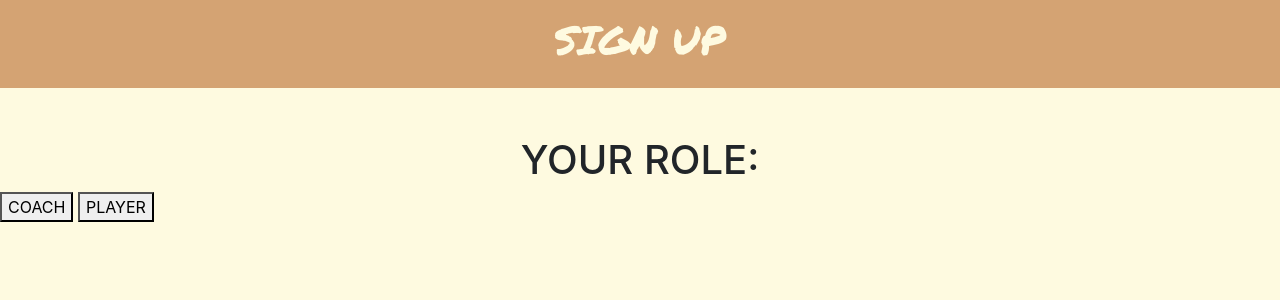
Repository: Aryaholmukhe/treasureHacks
Page: http://localhost/signup
These files come from the project's save history. The page is drawn as it stood at one moment and after a run of saves; the edit follows.
The browser window is 1280 px wide. The pictures show the whole page.
The page is served by the project's Node server (server.js).

Above is the page before, as saved 2022-03-27 00:20:08.

### views/signup/signup.ejs
<html lang="en">
<head>
    <meta charset="UTF-8">
    <meta http-equiv="X-UA-Compatible" content="IE=edge">
    <meta name="viewport" content="width=device-width, initial-scale=1.0">
    <link rel="stylesheet" href="https://cdn.jsdelivr.net/npm/bootstrap@4.6.1/dist/css/bootstrap.min.css">
    <script src="https://cdn.jsdelivr.net/npm/jquery@3.6.0/dist/jquery.slim.min.js"></script>
    <script src="https://cdn.jsdelivr.net/npm/popper.js@1.16.1/dist/umd/popper.min.js"></script>
    <script src="https://cdn.jsdelivr.net/npm/bootstrap@4.6.1/dist/js/bootstrap.bundle.min.js"></script>
    <link rel="preconnect" href="https://fonts.googleapis.com">
    <link rel="preconnect" href="https://fonts.gstatic.com" crossorigin>
    <link href="https://fonts.googleapis.com/css2?family=Permanent+Marker&display=swap" rel="stylesheet">
    <title>SIGN UP</title>
</head>
<body style="background-color: #FEFAE0">
    <div class="pt-3 pb-3" style="background-color: #D4A373; font-family: 'Permanent Marker', cursive; color: #FEFAE0">
        <h1 class="text-center">SIGN UP</h1>
    </div>

    <h1 class="text-center mt-5" style="c">YOUR ROLE:</h1>

        <a href="./coach" ><button name="coach">COACH</button></a>
        <a  href="./player"><button name="player">PLAYER</button></a>

</body>
</html>

### server.js
//jshint esversion:6

const express = require("express");
const bodyParser = require("body-parser");
const mongoose = require("mongoose");
const _ = require("lodash");
const { join } = require("path");
require("dotenv").config();
const app = express();

// TWILIO STUFF

const accountSID = process.env.ACCOUNT_SID;
const authToken = process.env.AUTH_TOKEN;

const client = require('twilio')(accountSID, authToken);


app.set('view engine', 'ejs');

app.use(bodyParser.urlencoded({ extended: true }));
app.use(express.static("public"));

app.get("/auth_config.json", (req, res) => {
    res.sendFile(join(__dirname, "/auth_config.json"));
})

// for each team member
mongoose.connect("mongodb://localhost:27017/teamMembersDB", { useNewUrlParser: true });

const membersSchema = new mongoose.Schema({
    name: String,
    role: String,
    age: Number,
    email: String,
    phone: String,
    progress: []
});

let members = [];
let progressArr = []

const Member = mongoose.model("Member", membersSchema);

// to identify teams
const teamSchema = new mongoose.Schema({
    coachName: String,
    team: [{ name: String }, { sport: String }]
})

const progressSchema = new mongoose.Schema({
    progress: []
})
const Team = mongoose.model("Team", teamSchema);
const Progress = mongoose.model("Progress", progressSchema)
// When no members are present
const noMember = new Member({
    name: "No members yet"
})
const noProgress = new Progress({
    progress: ["No progress yet, add some"]
})


// get requests

app.get("/signup", (req, res) => {
    res.render("signup/signup")
})
let person = "";
app.get("/coach", (req, res) => {
    person = "Coach"
    res.render("signup/coach");
})

app.get("/player", (req, res) => {
    person = "Team Member"
    res.render("signup/player")
})

app.get("/", (req, res) => {
    Member.find({}, function (err, foundMembers) {

        if (foundMembers.length === 0) {
            members.push(noMember)
            Member.insertMany(members, function (err) {
                if (err) {
                    console.log(err);
                } else {
                    console.log("Successfully saved members to DB.");
                }
            });
            // res.redirect("/");
        } else {
            Member.deleteOne({ "name": "No members yet" }, (err, person) => {
                if (err) return handleError(err);
            })
            res.render('index', { allMembers: foundMembers, person: person })
        }
    });
})

app.get("/:personName", function (req, res) {
    const personName = _.capitalize(req.params.personName);

    Member.findById(personName, (err, per) => {
        if (!err) {
              console.log(per)
            res.render('account', { personInfo: per});
        } else {
            console.log(err)
        }
    })
});


// post requests


app.post("/", (req, res) => {

    const playerName = req.body.newPlayer;
    const role = req.body.newRole;
    const age = req.body.age;
    const phoneNumber = req.body.phoneNumber;
    const player = new Member({
        name: playerName,
        role: role,
        age: age,
        phone: phoneNumber
    })
    player.save();
    res.redirect("/")
})

app.post("/delete", function (req, res) {
    const checkedItemId = req.body.checkbox;

    Member.findByIdAndRemove(checkedItemId, function (err) {
        if (!err) {
            console.log("Successfully deleted checked item.");
            res.redirect("/");
        } else {
            console.log(err)
        }
    });


});

app.post("/coach", (req, res) => {
    const coachName = req.body.coachName;
    const teamName = req.body.teamName;
    const sportType = req.body.sportType;
    teams = new Team({
        coachName: coachName,
        team: [{ name: teamName, sport: sportType }]
    })
    res.redirect("/")
})

app.post("/player", (req, res)=>{
    const playerName = req.body.newPlayer;
    const role = req.body.newRole;
    const age = req.body.age;
    const phoneNumber = req.body.phoneNumber;
    const player = new Member({
        name: playerName,
        role: role,
        age: age,
        phone: phoneNumber
    })
    player.save();
    res.redirect("/")
})

app.post("/announcements", (req, res) => {
    const message = req.body.message;
    members.forEach(member => {
        if (member.phone) {
            client.message.create({
                to: member.phone,
                from: process.env.TWILIO_PHONE_NUMBER, //is this going to be dynamic?
                body: message
            }).then((message) => {
                console.log(message.sid)
            });
            res.redirect("/")
        } else {
            res.redirect("/")
        }
    })

})


app.listen(3000, function () {
    console.log("Server started on port 3000");
});

After the next 2 saves:
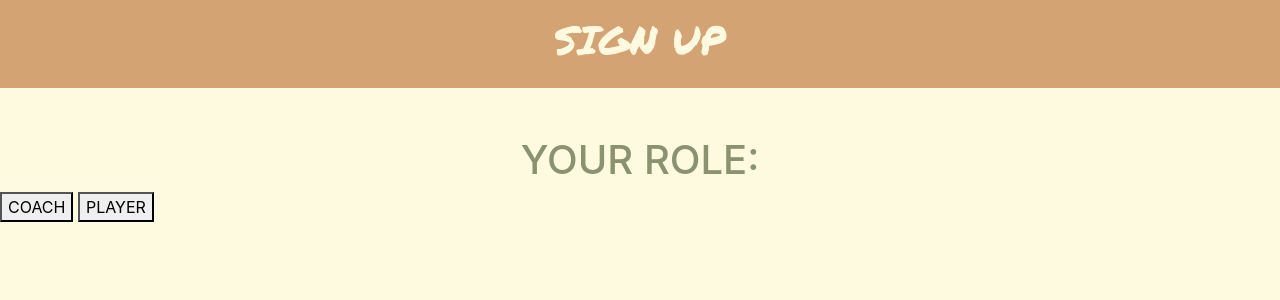
The 2 saves are shown as one change because they came seconds apart.
The last was saved 7 s later.
--- a/views/signup/signup.ejs
+++ b/views/signup/signup.ejs
@@ -17,10 +17,12 @@
         <h1 class="text-center">SIGN UP</h1>
     </div>
 
-    <h1 class="text-center mt-5" style="c">YOUR ROLE:</h1>
+    <h1 class="text-center mt-5" style="color: #8A926F">YOUR ROLE:</h1>
 
-        <a href="./coach" ><button name="coach">COACH</button></a>
-        <a  href="./player"><button name="player">PLAYER</button></a>
+    <div>
+    <a href="./coach" ><button name="coach">COACH</button></a>
+    <a  href="./player"><button name="player">PLAYER</button></a>
+    </div>
 
 </body>
 </html>
